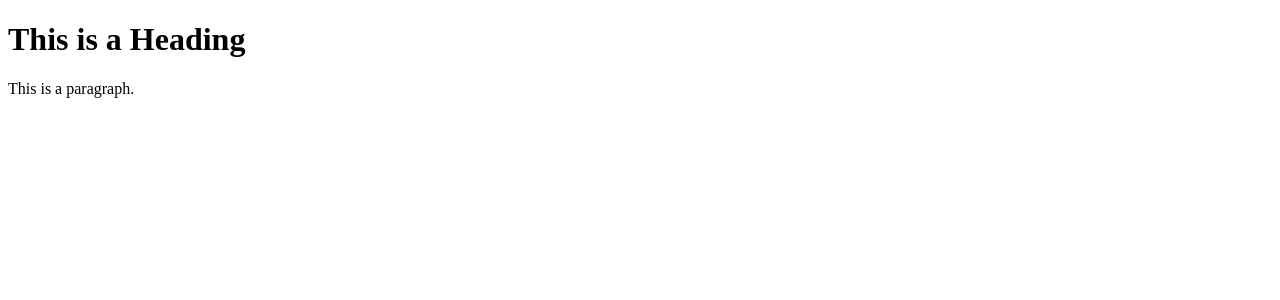
Repository: Devbenitez/Gen_30
Page: Gen_30/Maquetado/Clase1/index.html
An editor plug-in stored every save of this project. The page is shown before and after the next save, followed by the edit.
The browser window is 1280 px wide. The pictures show the whole page.

Above is the page before, as saved 2023-11-07 18:28:05.

### Gen_30/Maquetado/Clase1/index.html
<!DOCTYPE html>
<!--esto es un comentario-->
<html lang="es">
    <head>
<title>Maquetado Calse 1</title>
    </head>
<body>

<h1>This is a Heading</h1>
<p>This is a paragraph.</p>

</body>
</html>

After the next save:
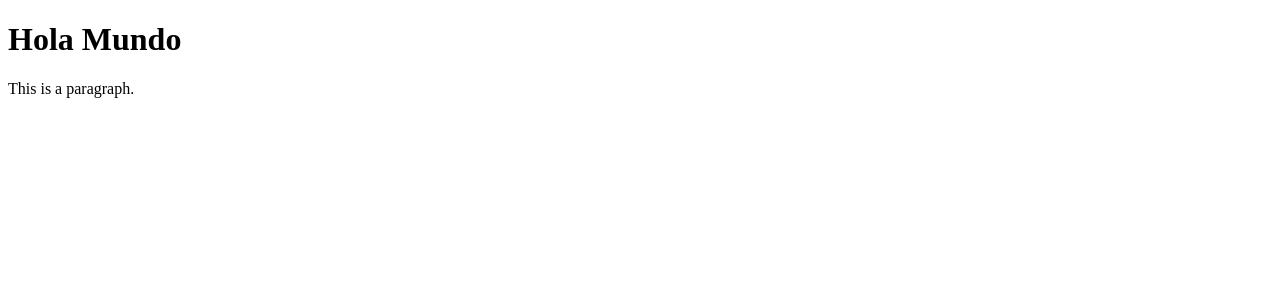
Saved 2 h 49 min later.
--- a/Gen_30/Maquetado/Clase1/index.html
+++ b/Gen_30/Maquetado/Clase1/index.html
@@ -2,11 +2,14 @@
 <!--esto es un comentario-->
 <html lang="es">
     <head>
+        <meta charset="UTF-8" />
+        <meta name="descripción" content="=primer página del módulo maquetado"/>
+        <meta name="author" content="danielbenitez" />
 <title>Maquetado Calse 1</title>
     </head>
 <body>
 
-<h1>This is a Heading</h1>
+<h1>Hola Mundo</h1>
 <p>This is a paragraph.</p>
 
 </body>
